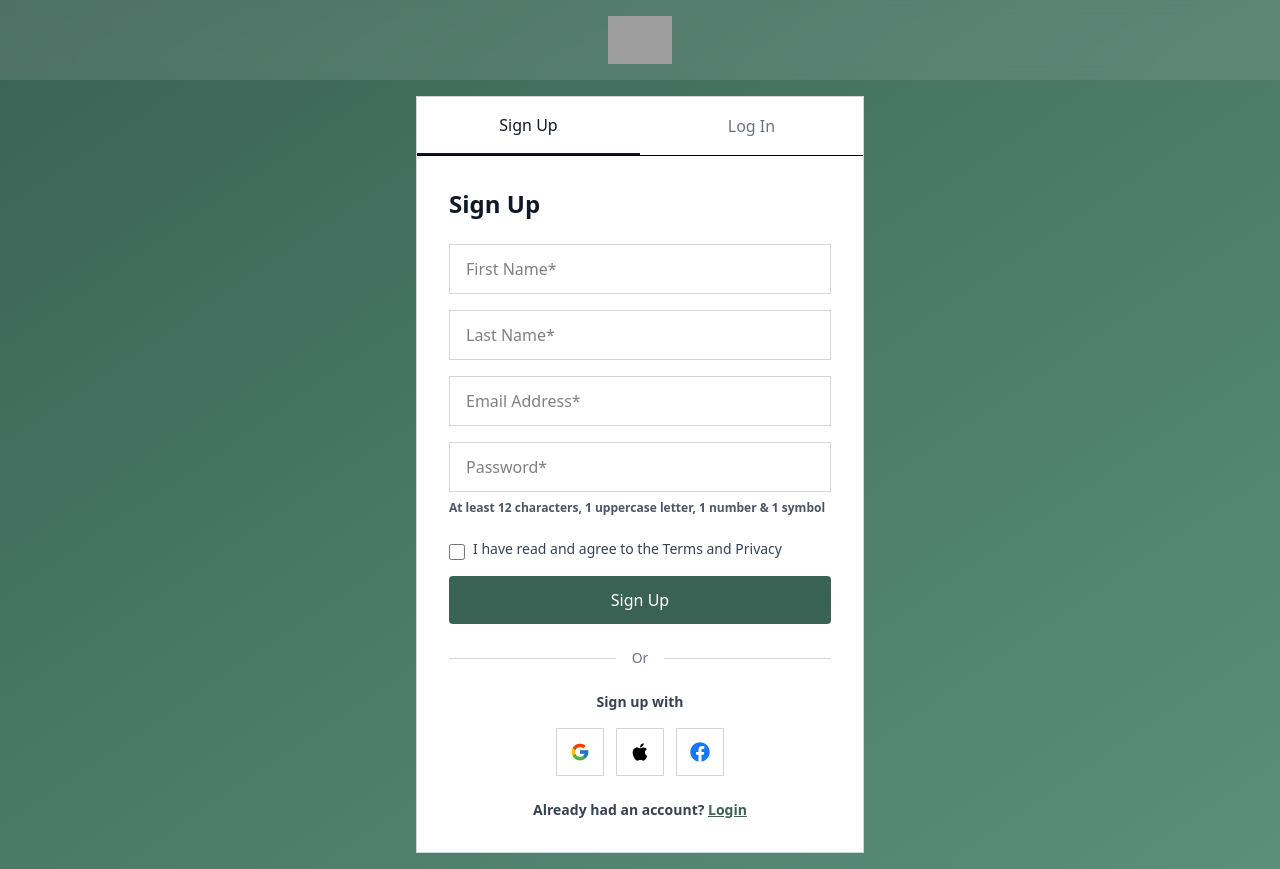
Repository: lyns184/FE-shoes_web
Page: /login
The author's editor kept a copy of each file at every save. The page is drawn from the files as they stood at one save, then again after the next save.
The browser window is 1280 px wide. The pictures show the whole page.
Pictures or frames that could not be fetched are drawn as grey boxes. The project was rebuilt for these pictures with package versions that can differ from the ones it lists, and the page was loaded fresh each time. Also part of the build but not shown: vite.config.ts, src/components/shop/Header.tsx, src/components/shop/Navigation.tsx, src/components/shop/HeroCarousel.tsx, src/components/shop/ProductCard.tsx, src/components/shop/BrandCard.tsx, src/components/shop/ReleaseCard.tsx, src/components/shop/PromoBanner.tsx and 7 more.

Above is the page before, as saved 2026-01-01 18:20:12.

After the next save:
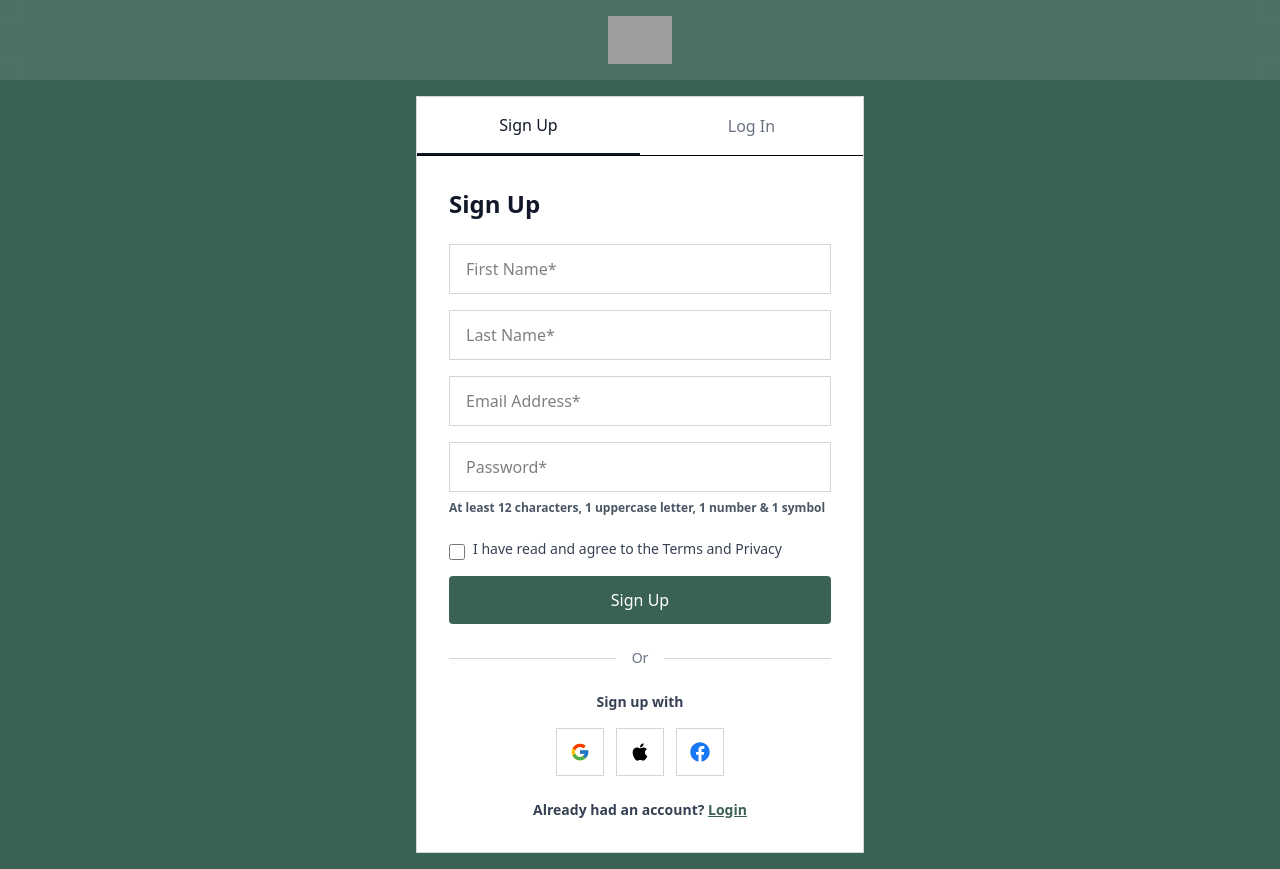
Saved 49 s later.
--- a/src/pages/SignUp.tsx
+++ b/src/pages/SignUp.tsx
@@ -7,9 +7,12 @@ export default function SignUp() {
   const [activeTab, setActiveTab] = useState<'signup' | 'login'>('signup');
 
   return (
-    <div className="min-h-screen bg-gradient-to-br from-[#396254] via-[#4a7a68] to-[#5a8f7c] flex flex-col">
+    <div className="min-h-screen bg-[#396254] relative flex flex-col">
+      {/* Gradient overlay at corners */}
+      <div className="absolute inset-0 bg-gradient-radial from-transparent via-transparent to-white/10 pointer-events-none"></div>
+
       {/* Header */}
-      <header className="bg-white/10 backdrop-blur-sm py-4">
+      <header className="relative bg-white/10 backdrop-blur-sm py-4">
         <div className="container mx-auto px-4 flex items-center justify-center gap-2">
           <img src="/logo.png" alt="Logo" className="h-12" />
         </div>
